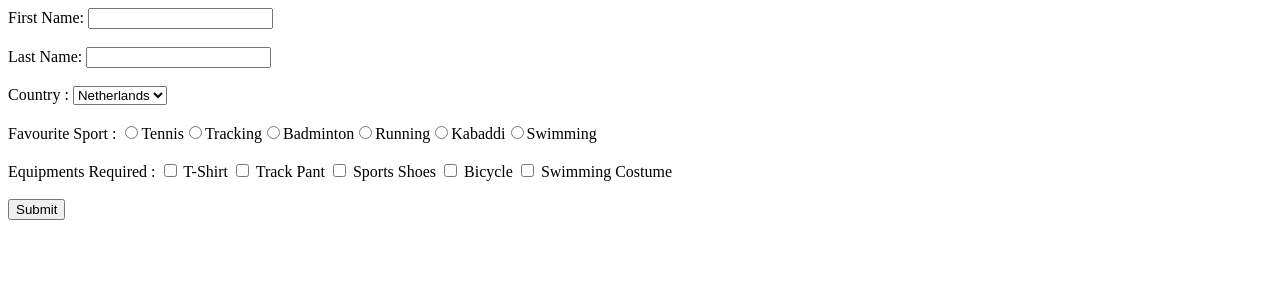
Repository: mangeshgayakwad2020/spring_mvc
Page: http://localhost/Spring_MVC_Validator_Custom_Validation/athlete/displayForm
These files come from the project's save history. The page is drawn as it stood at one moment and after the next save; the edit follows.
The browser window is 1280 px wide. The pictures show the whole page.
The page is served by Tomcat 9. Other server files are loaded and not shown. The template is opened directly, without the code that normally fills it, so the values that code supplies are empty.

Above is the page before, as saved 2019-05-26 23:56:53.

### Spring_MVC_Validator_Custom_Validation/WebContent/WEB-INF/view/athlete-form.jsp
<%@ taglib prefix="form" uri="http://www.springframework.org/tags/form" %>

<!DOCTYPE html>

<html>

<head>
<title> Athlete Registration Form</title>
</head>

<body>

	<form:form action="registerAthleteWithValidation" modelAttribute="athlete">

		First Name: <form:input path="firstName" />

		<br><br>

		Last Name: <form:input path="lastName" />
		<form:errors path="lastName" cssClass="error" />

		<br><br>

		Country :
		<form:select path="country">

			<form:options items="${countryOptions}" />

		</form:select>

		<br><br>

		Favourite Sport :

		<form:radiobuttons path="favouriteSport" items="${favouriteSportOptions}" />

		<br><br>

		Equipments Required :

		<form:checkbox path="requiredEquipments" value="T-Shirt" /> T-Shirt
		<form:checkbox path="requiredEquipments" value="Track Pant" /> Track Pant
		<form:checkbox path="requiredEquipments" value="Sports Shoes" /> Sports Shoes
		<form:checkbox path="requiredEquipments" value="Bicycle" /> Bicycle
		<form:checkbox path="requiredEquipments" value="Swimming Costume" /> Swimming Costume

		<br><br>

		<input type="submit" value="Submit" />

	</form:form>

</body>

</html>

After the next save:
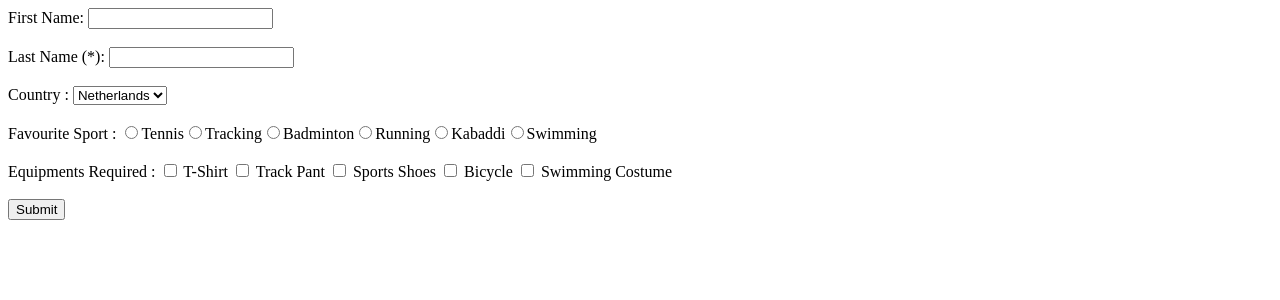
Saved 19 min 10 s later.
--- a/Spring_MVC_Validator_Custom_Validation/WebContent/WEB-INF/view/athlete-form.jsp
+++ b/Spring_MVC_Validator_Custom_Validation/WebContent/WEB-INF/view/athlete-form.jsp
@@ -16,7 +16,7 @@
 
 		<br><br>
 
-		Last Name: <form:input path="lastName" />
+		Last Name (*): <form:input path="lastName" />
 		<form:errors path="lastName" cssClass="error" />
 
 		<br><br>
